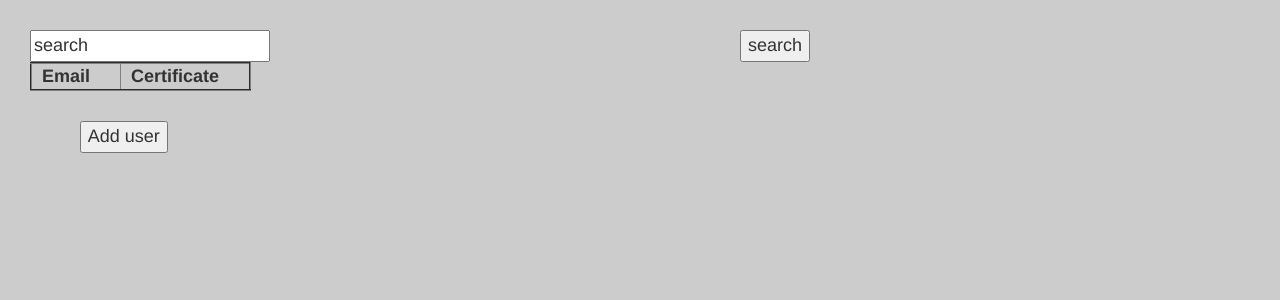
Repository: marijabroceta/ProjekatIB
Page: IB_Project_Shell/src/main/resources/static/main_page.html
An editor plug-in stored every save of this project. The page is shown before and after the next save, followed by the edit.
The browser window is 1280 px wide. The pictures show the whole page.
The page's requests for data from a server got no answer.

Above is the page before, as saved 2018-06-30 22:35:06.

After the next save:
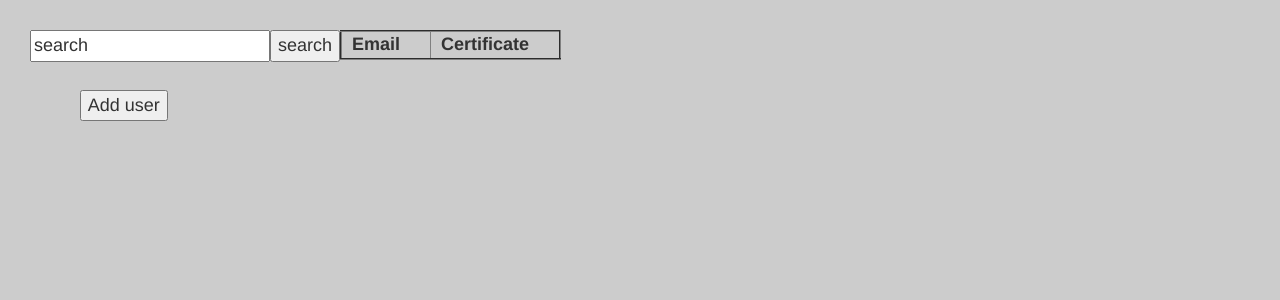
Saved 74 s later.
--- a/IB_Project_Shell/src/main/resources/static/css/main_page.css
+++ b/IB_Project_Shell/src/main/resources/static/css/main_page.css
@@ -16,7 +16,8 @@
 	width:100%;
 }
 
-#search{
+#search,#search_btn{
+	margin-bottom:10px;
 	float:left;
 }
 
